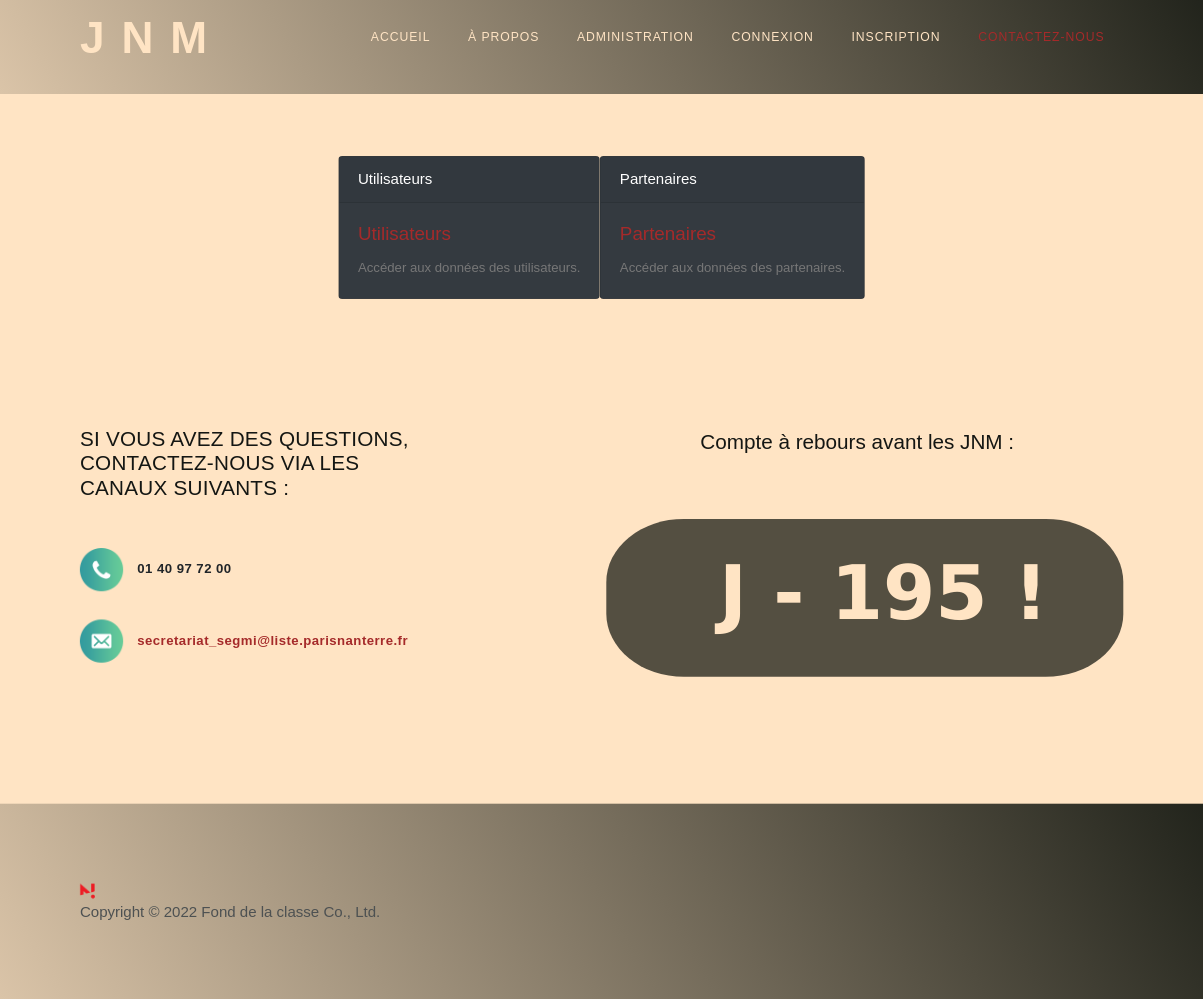
Repository: RiadNadri/ProjetWeb2022
Page: templates/Admin/admin.html.twig
The author's editor kept a copy of each file at every save. The page is drawn from the files as they stood at one save, then again after the next save.
The browser window is 1280 px wide. The pictures show the whole page, at 94% of full size.
Some web fonts or font styles are not loaded; a fallback is used. The page is a Twig template of a Symfony application; nobody is signed in and links lead nowhere. The template is opened directly, without the code that normally fills it, so the values that code supplies are empty.

Above is the page before, as saved 2022-12-24 17:31:14.

### templates/Admin/admin.html.twig
{% extends 'base.html.twig' %}

{% block title %} Administration {% endblock %}


{% block body %}

<style>
    .buttonUser{
        margin-top: 0%;
        margin-bottom: 10%;
        margin-left: 25%;
    }
    .buttonPartenaire{
        margin-left:35%;
        font-size: xx-large;
    }
</style>

<div class="buttonUser">
    <div class="btn btn-light" >
        <a href="{{path('app_user')}}">Utilisateurs</a>
    </div>
    <div class="btn btn-light" >
        <a  href="{{path('app_partenaire')}}">Partenaires</a>
    </div>
</div>

<div class="d-flex justify-content-center">
    <div class="card text-white bg-dark mb-3" style="max-width: 18rem;">
    <div class="card-header">Utilisateurs</div>
    <div class="card-body">
        <h5 class="card-title"><a href="{{path('app_user')}}">Utilisateurs</a></h5>
        <p class="card-text">Accéder aux données des utilisateurs.</p>
    </div>
    </div>

    <div class="card text-white bg-dark mb-3" style="max-width: 18rem;">
    <div class="card-header">Partenaires</div>
    <div class="card-body">
        <h5 class="card-title"><a  href="{{path('app_partenaire')}}">Partenaires</a></h5>
        <p class="card-text">Accéder aux données des partenaires.</p>
    </div>
    </div>
</div>
{% endblock %}

### templates/base.html.twig
<!DOCTYPE html>
<html>
    <head>
        <meta charset="UTF-8">
        <title>{% block title %}{% endblock %} - JNM</title>
        <meta name="viewport" content="width=device-width, initial-scale=1, shrink-to-fit=no">
        <meta name="description" content="">
        <meta name="author" content="">
        <link href="https://fonts.googleapis.com/css?family=Raleway:100,200,300,400,500,600,700,800,900&display=swap" rel="stylesheet">
        <link rel="shortcut icon" type= "image/png" href="{{ asset('img/favicon.png')}}" />

        {# Run `composer require symfony/webpack-encore-bundle` to start using Symfony UX #}

        <link rel="stylesheet" href="{{ asset('assets/css/bootstrap.min.css')}}">
        <link rel="stylesheet" href="{{ asset('assets/css/templatemo-breezed (1).css')}}">

        {% block stylesheets %}{% endblock %}

        {% block javascripts %}{% endblock %}
    </head>
    <body>

        <header class="header-area header-sticky">
        <div class="container">
            <div class="row">
                <div class="col-12">
                    <nav class="main-nav">
                        <!-- ***** Logo Start ***** -->
                        <a href="{{path('app_accueil')}}" class="logo">
                            JNM
                        </a>
                        <!-- ***** Logo End ***** -->
                        <!-- ***** Menu Start ***** -->
                        <ul class="nav">
                            <li class="scroll-to-section"><a href="{{path('app_accueil')}}" >Accueil</a></li>
                            <li class="scroll-to-section"><a href="#about">À propos</a></li>
                            <li class="scroll-to-section"><a href="{{path('app_admin')}}">Administration</a></li>
                            <li class="scroll-to-section"><a href="{{path('app_connexion')}}">Connexion</a></li>
                            {% if app.user %}
                                <li class="scroll-to-section"><a href="#réservation">Réservation</a></li>
                                <li class="scroll-to-section"><a href="{{path('app_profil')}}">Mon profil</a></li>
                                <li class="scroll-to-section"><a href="{{path('app_deconnexion')}}">Deconnexion</a></li>
                            {% else %}
                                <li class="scroll-to-section"><a href="{{path('app_inscription')}}">Inscription</a></li>
                            {% endif %}
                            <li class="scroll-to-section"><a href="#contact-us" class="active">Contactez-Nous</a></li>


                        </ul>

                        <!-- ***** Menu End ***** -->
                    </nav>
                </div>
            </div>
        </div>
    </header>

    {% block body %}
    <section class="section" id="about">
        <div class="container">
            <div class="row">
                <div class="col-lg-6 col-md-6 col-xs-12">
                    <div class="left-text-content">
                        <div class="section-heading">
                            <h6>À propos des Journées Nationales de la MIAGE</h6>
                            <h2>Certains de nos partenaires</h2>
                        </div>
                        <div class="row">
                            <div class="col-md-6 col-sm-6">
                                <div class="service-item">
                                    <a href="https://pepsi.fr/" rel ="nofollow noopener" target="_blank"> <img src="{{ asset('img/Pepsi-Logo-PNG-Pic.png')}}" alt=""> </a>
                                    <h4><a rel="nofollow noopener" href="https://pepsi.fr/" target="_blank">Pepsi</a></h4>
                                </div>
                            </div>
                            <div class="col-md-6 col-sm-6">
                                <div class="service-item">
                                    <a href="https://www.beinsports.com/france/" rel ="nofollow noopener" target="_blank"> <img src="{{ asset('img/Bein_sport_logo.png')}}" alt=""> </a>
                                    <h4><a rel="nofollow noopener" href="https://www.beinsports.com/france/" target="_blank">BeIn Sport</a></h4>
                                </div>
                            </div>
                            <div class="col-md-6 col-sm-6">
                                <div class="service-item">
                                    <a href="https://www.canalplus.com/" rel ="nofollow noopener" target="_blank"> <img src="{{ asset('img/canal-logo-png-transparent.png')}}" alt=""> </a>
                                    <h4><a rel="nofollow noopener" href="https://www.canalplus.com/" target="_blank">Canal +</a></h4>
                                </div>
                            </div>
                            <div class="col-md-6 col-sm-6">
                                <div class="service-item">
                                    <a href="https://www.wwf.fr/" rel ="nofollow noopener" target="_blank"> <img src="{{ asset('img/panda.png')}}" alt=""> </a>
                                    <h4><a rel="nofollow noopener" href="https://www.wwf.fr/" target="_blank">WWF</a></h4>
                                </div>
                            </div>
                            <div class="col-md-12">
                                <a href="#" class="main-button-icon">
                                    En savoir plus
                                </a>
                            </div>
                        </div>
                    </div>
                </div>
                <div class="col-lg-6 col-md-6 col-xs-12">
                    <div class="right-text-content">
                        <p>Les Journées Nationales de la Miage sont organisées par <a rel="nofollow noopener" href="https://www.parisnanterre.fr/" target="_blank">L'Université Paris Nanterre</a> en 2023.
                        <br><br>Du 01/06/2023 au 04/06/2023 venez participer aux Journées Nationales de la MIAGE aux portes de Paris sur le campus de Nanterre. Retrouvez-y toutes les MIAGE de France pour partager un bon moment.
                      <br><br>Prenez part aux différentes activités et profitez-en pour élargir votre réseau miagiste !</p>
                    </div>
                </div>
            </div>
        </div>
    </section>

    <section class="section" id="features">
        <div class="container">
            <div class="row">
                <div class="col-lg-4 col-md-6 col-sm-12 col-xs-12" data-scroll-reveal="enter left move 30px over 0.6s after 0.4s">
                    <div class="features-item">
                        <div class="features-icon">
                            <img src="{{ asset('img/Icone.png')}}" height="30px" width="30px" alt="">
                        </div>
                        <div class="features-content">
                            <h4>Le campus de Nanterre</h4>
                            <p>Situé à proximité du quartier d'affaires da La Défense, le campus de Nanterre s'étend sur 30 hectares.<br> Chaque année, il accueille plus de 40 000 étudiants et met à leur disposition divers types d'infrastructures permettant de pratiquer des activités sportives et culturelles !</p>
                            <a href="https://www.parisnanterre.fr/" target="_blank" class="text-button-icon">
                                En savoir plus
                            </a>
                        </div>
                    </div>
                </div>
                <div class="col-lg-4 col-md-6 col-sm-12 col-xs-12" data-scroll-reveal="enter bottom move 30px over 0.6s after 0.4s">
                    <div class="features-item">
                        <div class="features-icon">
                            <img src="{{ asset('img/miage.png')}}" height="30px" width="30px" alt="">
                        </div>
                        <div class="features-content">
                            <h4>La Miage de Nanterre</h4>
                            <p>Intégrée au sein de l'Unité de Formation et de Recherche
                                <a href="https://ufr-segmi.parisnanterre.fr/" rel="nofollow noopener" target="_blank">
                                SEGMI
                                </a> au bâtiment Allais (G), la MIAGE de Nanterre</p>
                            <a href="https://miage.parisnanterre.fr/" class="text-button-icon">
                                En savoir plus
                            </a>
                        </div>
                    </div>
                </div>
                <div class="col-lg-4 col-md-6 col-sm-12 col-xs-12" data-scroll-reveal="enter right move 30px over 0.6s after 0.4s">
                    <div class="features-item">
                        <div class="features-icon">
                            <img src="{{ asset('img/eiffel.png')}}" height="50px" width="50px"alt="">
                        </div>
                        <div class="features-content">
                            <h4>Le séjour à Paris</h4>
                            <p>Vous pourrez profiter d'ếtre aux portes de Paris pour visiter la capitale. La ligne du RER A vous permettra de rejoindre le centre-ville en moins de 30 minutes.<br> Allez explorer le 1er arrondissement riche en culture, ou manger dans l'un des 18 000 restaurants parisiens !</p>
                            <a href="https://www.parisinfo.com/visiter-a-paris" class="text-button-icon">
                                En savoir plus
                            </a>
                        </div>
                    </div>
                </div>
            </div>
        </div>
    </section>
    {% endblock %}


    <!-- ***** Contact Us Area Starts ***** -->
    <section class="section" id="contact-us">
        <div class="container">
            <div class="row">
                <div class="col-lg-4 col-md-4 col-xs-12">
                    <div class="left-text-content">
                        <div class="section-heading">
                            <h6>Si vous avez des questions, Contactez-nous via les canaux suivants :</h6>
                        </div>
                        <ul class="contact-info">
                            <li><img src="{{ asset('img/contact-info-01.png')}}" alt="">01 40 97 72 00</li>
                            <li><img src="{{ asset('img/contact-info-02.png')}}" alt=""><a href="mailto:secretariat_segmi@liste.parisnanterre.fr">secretariat_segmi@liste.parisnanterre.fr</a></li>
                        </ul>
                    </div>
                </div>

                <div class="col-lg-8 col-md-6 col-xs-12">
                    <div class="section-heading">
                        <h7>Compte à rebours avant les JNM :</h7>
                    </div>
                    <div class="cpt">

                        <label id="Compte"></label>
                            <script type="text/javascript" >
                                var Affiche=document.getElementById("Compte");
                                function Rebour() {
                                 var date1 = new Date();
                                 var date2 = new Date ("Jun 1, 2023 00:00:00");
                                 var sec = (date2 - date1) / 1000;
                                 var n = 24 * 3600;
                                 if (sec > 0) {
                                        j = Math.floor (sec / n);
                                        Affiche.innerHTML = "J - " + j + " !";
                                 }
                                 tRebour=setTimeout ("Rebour();", 1000);
                                }
                             Rebour();
                            </script>

                    </div>
                </div>

            </div>
        </div>
    </section>


    </body>


    <!-- ***** Footer Start ***** -->
    <footer>
        <div class="container">
            <div class="row">
                <div class="col-lg-6 col-xs-12">
                    <div class="left-text-content">
                        <a rel="nofollow noopener" href="https://www.parisnanterre.fr/" target="_blank"><img src="{{ asset('img/Icone.png')}}" alt=""><br>Copyright &copy; 2022 Fond de la classe Co., Ltd. </a>
                    </div>
                </div>

            </div>
        </div>
    </footer>
</html>

Loaded but not shown: public/assets/css/bootstrap.min.css (library); public/assets/css/templatemo-breezed (1).css (908 lines, source omitted)

After the next save:
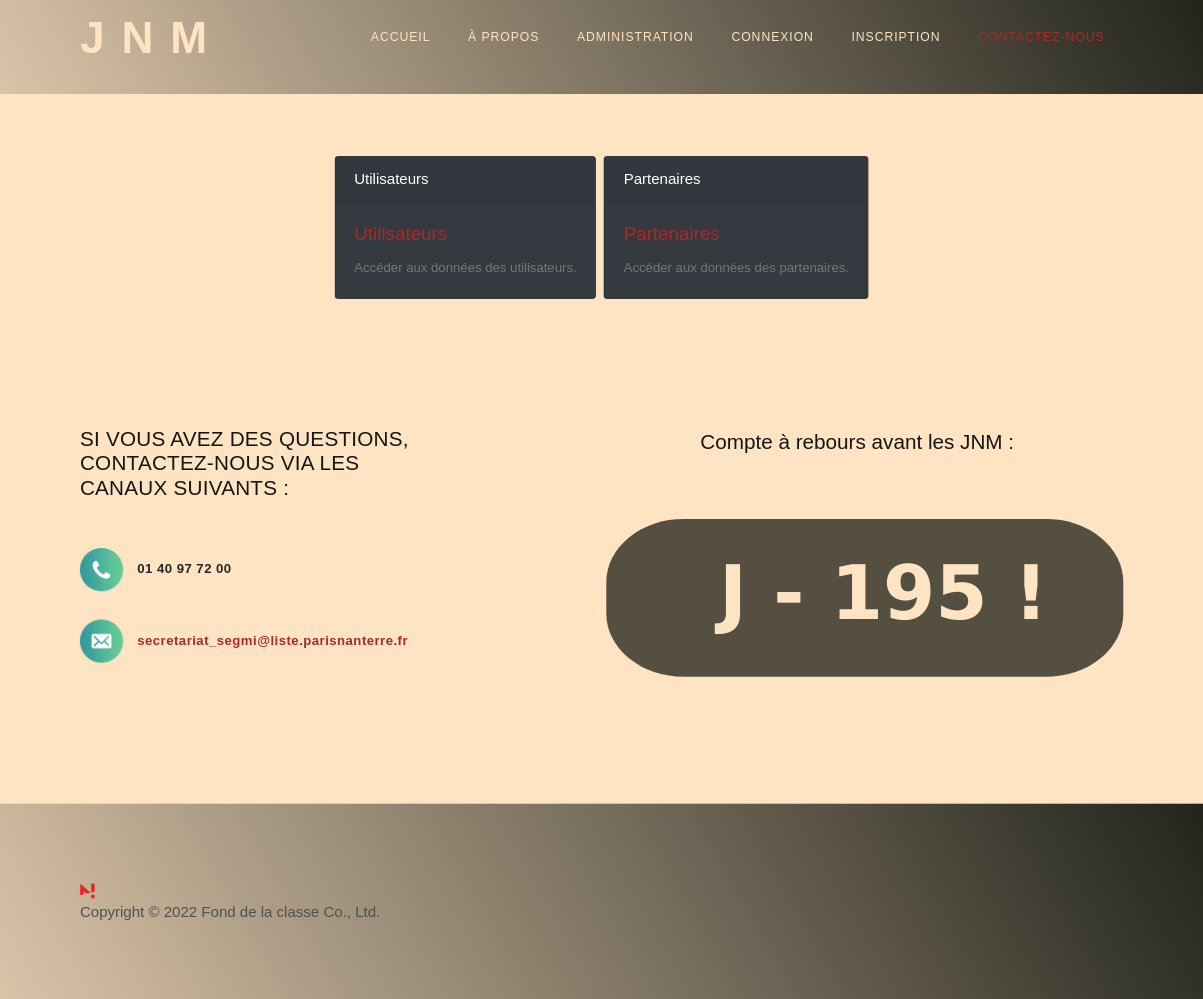
Saved 32 s later.
--- a/templates/Admin/admin.html.twig
+++ b/templates/Admin/admin.html.twig
@@ -35,7 +35,7 @@
     </div>
     </div>
 
-    <div class="card text-white bg-dark mb-3" style="max-width: 18rem;">
+    <div class="card text-white bg-dark mb-3 ml-2" style="max-width: 18rem;">
     <div class="card-header">Partenaires</div>
     <div class="card-body">
         <h5 class="card-title"><a  href="{{path('app_partenaire')}}">Partenaires</a></h5>

After the save that followed:
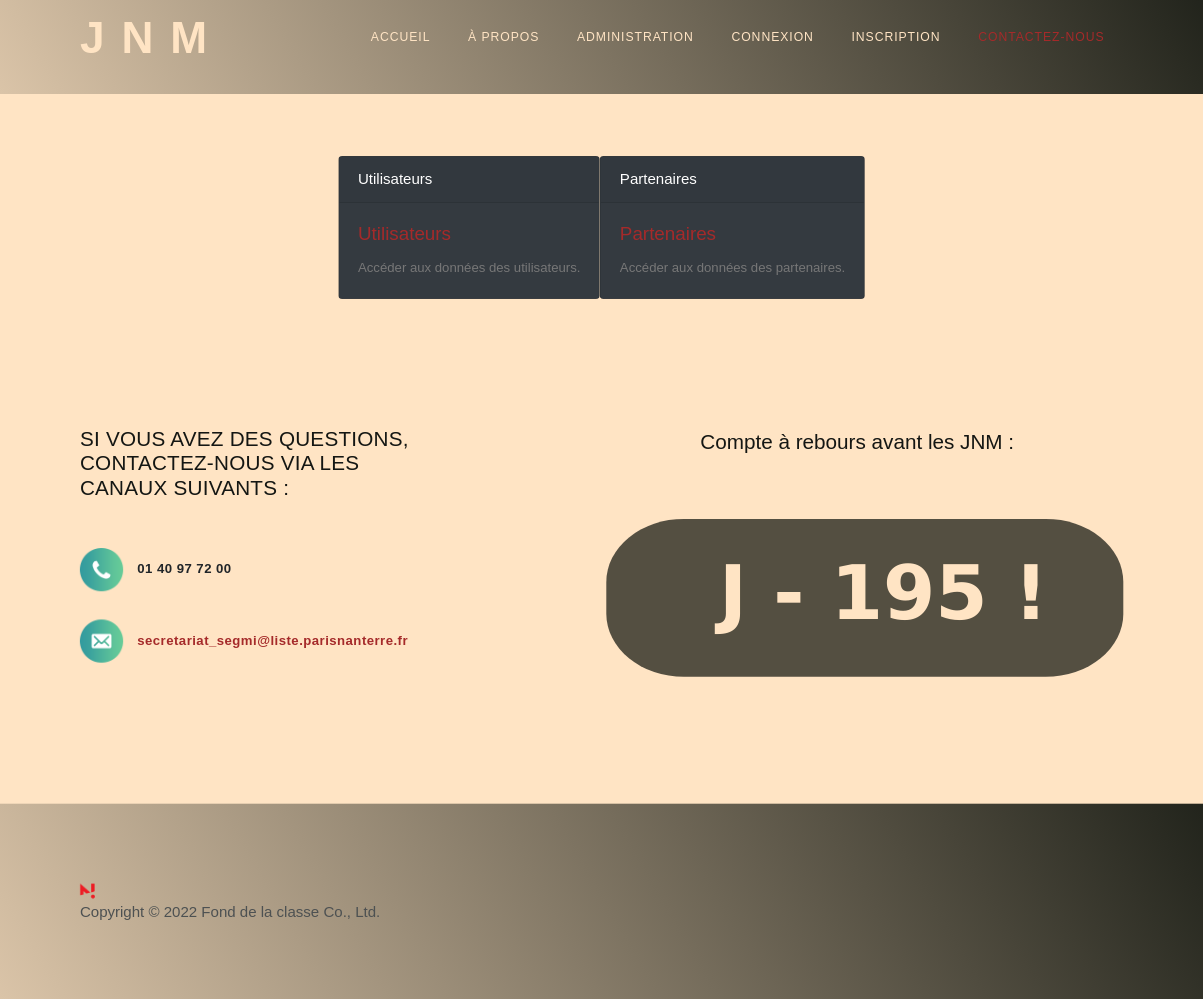
Saved 10 s later.
--- a/templates/Admin/admin.html.twig
+++ b/templates/Admin/admin.html.twig
@@ -35,7 +35,7 @@
     </div>
     </div>
 
-    <div class="card text-white bg-dark mb-3 ml-2" style="max-width: 18rem;">
+    <div class="card text-white bg-dark mb-3 ml-10" style="max-width: 18rem;">
     <div class="card-header">Partenaires</div>
     <div class="card-body">
         <h5 class="card-title"><a  href="{{path('app_partenaire')}}">Partenaires</a></h5>
